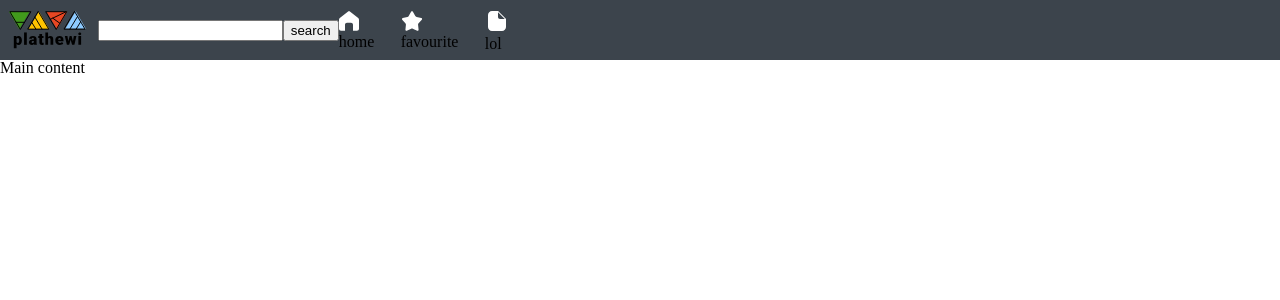
Repository: kryban93/Superhero-App
Page: /
These files come from the project's save history. The page is drawn as it stood at one moment and after the next save; the edit follows.
The browser window is 1280 px wide. The pictures show the whole page.
The page's requests for data from a server got no answer. The project was rebuilt for these pictures with package versions that can differ from the ones it lists, and the page was loaded fresh each time. No one was signed in, and anything a server would have sent is missing. Also part of the build but not shown: src/Components/HeroCard/HeroCard.scss, src/Components/HeroCard/HeroCard.js, src/Components/RandomDeck/RandomDeck.scss.

Above is the page before, as saved 2020-08-26 18:20:43.

After the next save:
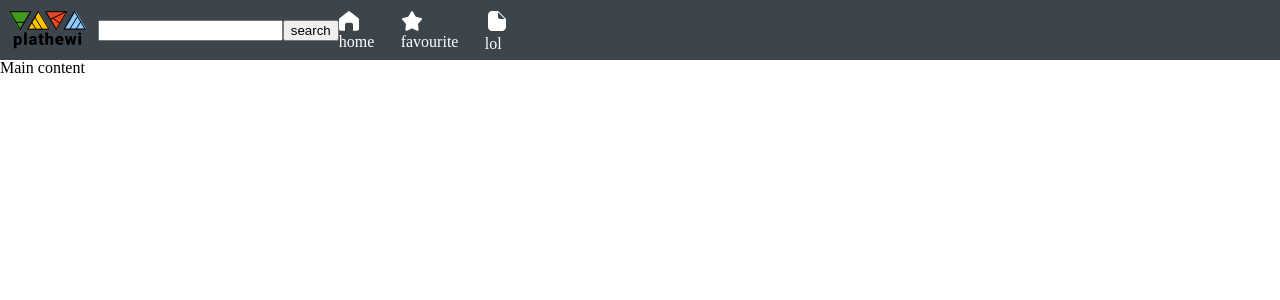
Saved 34 s later.
--- a/src/Components/Nav/Nav.scss
+++ b/src/Components/Nav/Nav.scss
@@ -13,5 +13,9 @@
     display: flex;
     align-items: center;
     justify-content: space-between;
+
+    &__item {
+      color: white;
+    }
   }
 }
